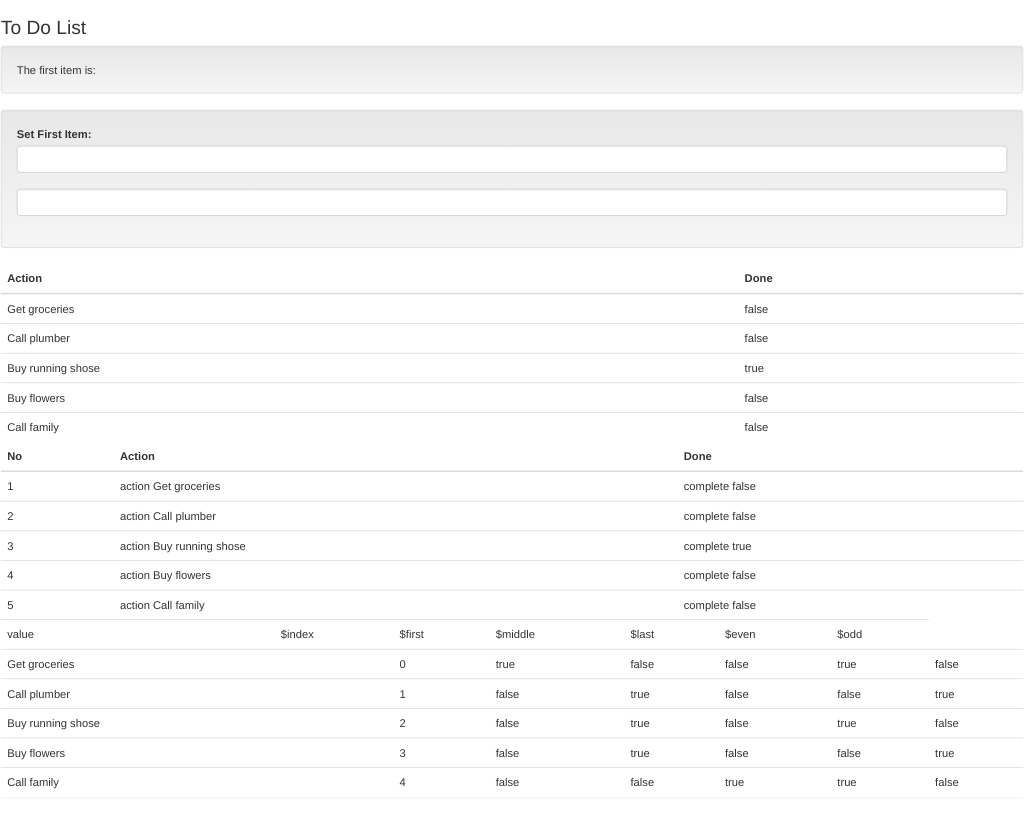
Repository: chisun-joung/workplace
Page: angularJS/WebContent/Chap10_Binding/P277_ngModel.html
An editor plug-in stored every save of this project. The page is shown before and after the next save, followed by the edit.
The browser window is 1280 px wide. The pictures show the whole page, at 80% of full size.
Some web libraries are served in a nearby version.

Above is the page before, as saved 2016-11-28 08:16:23.

### angularJS/WebContent/Chap10_Binding/P277_ngModel.html
<!DOCTYPE html>
<html ng-app="exampleApp">
<head>
	<title>TODO</title>
	<link href="bootstrap.css" rel="stylesheet" />
	<link href="bootstrap-theme.css" rel="stylesheet" />
	<style>
		.odd { background-color: lightcoral; }
		.even { background-color: lavenderblush; }
	</style>
	<script src="https://ajax.googleapis.com/ajax/libs/angularjs/1.2.9/angular.js"></script>
	<script type="text/javascript">
		angular.module('exampleApp',[])
		.controller('defaultCtrl', ['$scope',function($scope){
			$scope.todos = [
				{action:'Get groceries', complete:false},
				{action:'Call plumber', complete:false},
				{action:'Buy running shose', complete:true},
				{action:'Buy flowers', complete:false},
				{action:'Call family', complete:false}
			]
		}]);
	</script>
</head>
<body>
	<div id="todoPanel" class="panel" ng-controller="defaultCtrl">
		<h3 class="panel-header">To Do List</h3>

		<div class="well">
			<div>The first item is: </div>
		</div>

		<div class="form-group well">
			<label for="firstItem">Set First Item: </label>
			<!-- ng-model은 form 요소에서 구현 할 수 있다. 자신이 속한 콘트롤러에 묵시적으로 지정한 이름의 변수를 선언하고 값은 사용자가 입력한 값을 변수의 값으로 할당한다.
			또한 양방향 바인딩도 지원한다.  -->
			<input name="firstItem" class="form-control" ng-model="name"><br>
			<input name="firstItem" class="form-control" ng-model="name"><br>
			<div>{{name}}</div>
		</div>

		<table class="table">
			<thead>
				<tr>
					<th>Action</th>
					<th>Done</th>
				</tr>
			</thead>
			<tbody>
				<tr ng-repeat="item in todos">
					<td>{{item.action}}</td>
					<td>{{item.complete}}</td>
				</tr>

			</tbody>
		</table>

		<table class="table">
			<thead>
				<tr>
					<th>No</th>
					<th>Action</th>
					<th>Done</th>
				</tr>
			</thead>
			<tbody>
				<tr ng-repeat="item in todos">
					<td>{{$index + 1}}</td>
					<td ng-repeat="(key,value) in item">{{key}}  {{value}}</td>
				</tr>

			</tbody>
		</table>

		<table class="table tabel-striped">
				<tr>
					<td>value</td>
					<td>$index</td>
					<td>$first</td>
					<td>$middle</td>
					<td>$last</td>
					<td>$even</td>
					<td>$odd</td>
				</tr>

				<tr ng-repeat="item in todos">
					<td>{{item.action}}<td>
					<td>{{$index}}</td>
					<td>{{$first}}</td>
					<td>{{$middle}}</td>
					<td>{{$last}}</td>
					<td>{{$even}}</td>
					<td>{{$odd}}</td>
				</tr>


		</table>
	</div>
</body>
</html>

Loaded but not shown: angularJS/WebContent/Chap10_Binding/bootstrap.css (library); angularJS/WebContent/Chap10_Binding/bootstrap-theme.css (library)

After the next save:
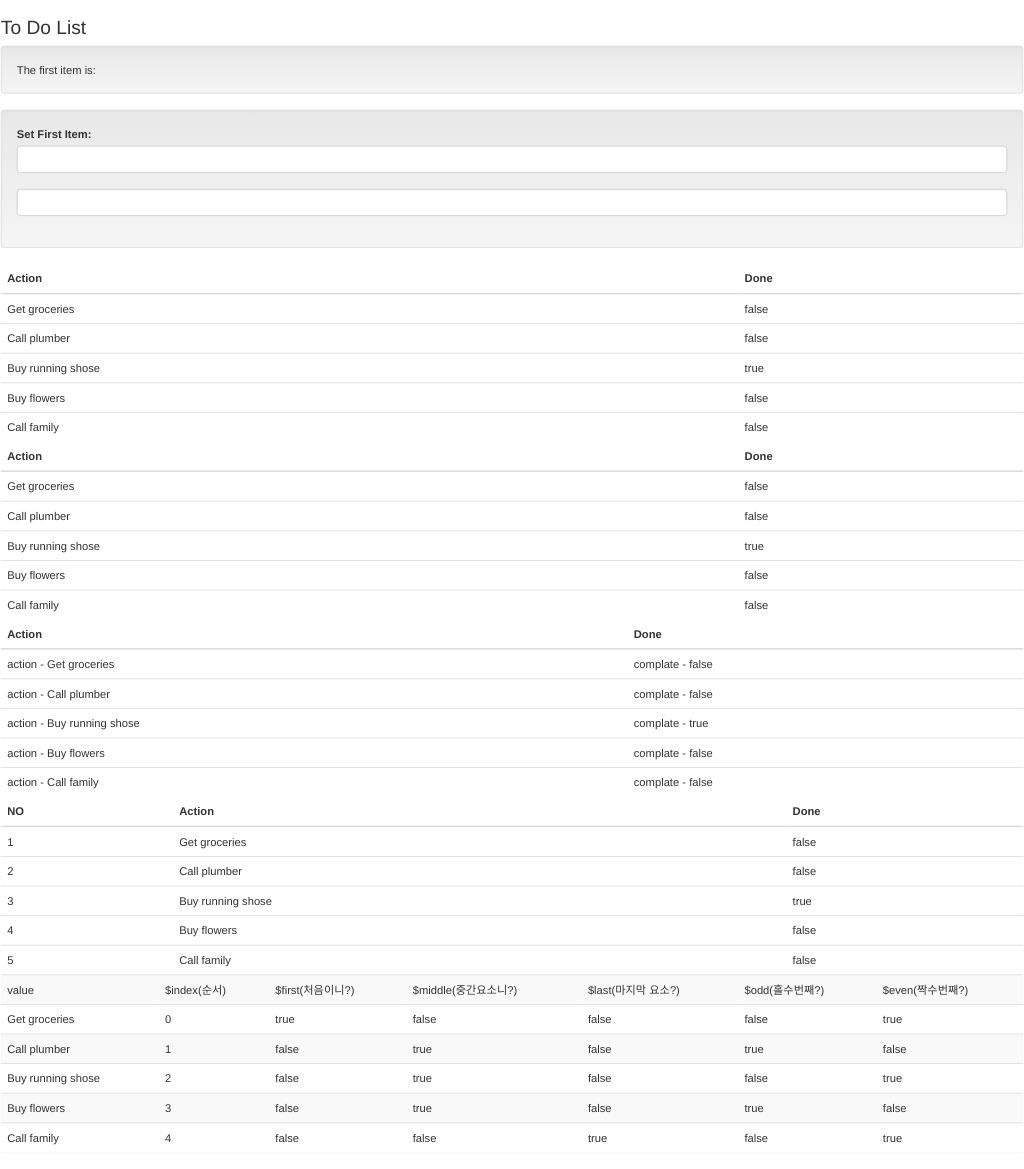
Saved 29 s later.
--- a/angularJS/WebContent/Chap10_Binding/P277_ngModel.html
+++ b/angularJS/WebContent/Chap10_Binding/P277_ngModel.html
@@ -13,11 +13,11 @@
 		angular.module('exampleApp',[])
 		.controller('defaultCtrl', ['$scope',function($scope){
 			$scope.todos = [
-				{action:'Get groceries', complete:false},
-				{action:'Call plumber', complete:false},
-				{action:'Buy running shose', complete:true},
-				{action:'Buy flowers', complete:false},
-				{action:'Call family', complete:false}
+				{action:'Get groceries', complate:false},
+				{action:'Call plumber', complate:false},
+				{action:'Buy running shose', complate:true},
+				{action:'Buy flowers', complate:false},
+				{action:'Call family', complate:false}
 			]
 		}]);
 	</script>
@@ -32,8 +32,11 @@
 
 		<div class="form-group well">
 			<label for="firstItem">Set First Item: </label>
-			<!-- ng-model은 form 요소에서 구현 할 수 있다. 자신이 속한 콘트롤러에 묵시적으로 지정한 이름의 변수를 선언하고 값은 사용자가 입력한 값을 변수의 값으로 할당한다.
-			또한 양방향 바인딩도 지원한다.  -->
+			<!-- ng-model은 form 요소에서 구현할 수 있다.
+				ng-model은 자신이 속한 controller에 묵시적으로 지정한 이름의
+				변수를 선언하고 값은 사용자가 입력한 값을 변수의 값으로 할당한다.
+				또한 양 방향 바인딩도 지원한다.
+			 -->
 			<input name="firstItem" class="form-control" ng-model="name"><br>
 			<input name="firstItem" class="form-control" ng-model="name"><br>
 			<div>{{name}}</div>
@@ -49,16 +52,48 @@
 			<tbody>
 				<tr ng-repeat="item in todos">
 					<td>{{item.action}}</td>
-					<td>{{item.complete}}</td>
+					<td>{{item.complate}}</td>
 				</tr>
-
 			</tbody>
 		</table>
+
 
 		<table class="table">
 			<thead>
 				<tr>
-					<th>No</th>
+					<th>Action</th>
+					<th>Done</th>
+				</tr>
+			</thead>
+			<tbody>
+				<tr ng-repeat="item in todos">
+					<!-- item => {action:'Get groceries', complate:false} -->
+					<td ng-repeat="value in item">{{value}}</td>
+				</tr>
+			</tbody>
+		</table>
+
+
+		<table class="table">
+			<thead>
+				<tr>
+					<th>Action</th>
+					<th>Done</th>
+				</tr>
+			</thead>
+			<tbody>
+				<tr ng-repeat="item in todos">
+					<!-- item => {action:'Get groceries', complate:false} -->
+					<td ng-repeat="(key, value) in item">{{key}} - {{value}}</td>
+				</tr>
+			</tbody>
+		</table>
+
+		<!-- ng-repeat의 내부 변수. 이름이 다 정해져 있음 -->
+		<table class="table">
+			<thead>
+				<tr>
+					<th>NO</th>
 					<th>Action</th>
 					<th>Done</th>
 				</tr>
@@ -66,34 +101,32 @@
 			<tbody>
 				<tr ng-repeat="item in todos">
 					<td>{{$index + 1}}</td>
-					<td ng-repeat="(key,value) in item">{{key}}  {{value}}</td>
+					<!-- item => {action:'Get groceries', complate:false} -->
+					<td ng-repeat="value in item">{{value}}</td>
 				</tr>
-
 			</tbody>
 		</table>
 
-		<table class="table tabel-striped">
-				<tr>
-					<td>value</td>
-					<td>$index</td>
-					<td>$first</td>
-					<td>$middle</td>
-					<td>$last</td>
-					<td>$even</td>
-					<td>$odd</td>
-				</tr>
-
-				<tr ng-repeat="item in todos">
-					<td>{{item.action}}<td>
-					<td>{{$index}}</td>
-					<td>{{$first}}</td>
-					<td>{{$middle}}</td>
-					<td>{{$last}}</td>
-					<td>{{$even}}</td>
-					<td>{{$odd}}</td>
-				</tr>
-
-
+		<!-- 285 page. ng-repeat의 내부 변수 -->
+		<table class="table table-striped">
+			<tr>
+				<td>value</td>
+				<td>$index(순서)</td>
+				<td>$first(처음이니?)</td>
+				<td>$middle(중간요소니?)</td>
+				<td>$last(마지막 요소?)</td>
+				<td>$odd(홀수번째?)</td>
+				<td>$even(짝수번째?)</td>
+			</tr>
+			<tr ng-repeat="item in todos">
+				<td>{{item.action}}</td>
+				<td>{{$index}}</td>
+				<td>{{$first}}</td>
+				<td>{{$middle}}</td>
+				<td>{{$last}}</td>
+				<td>{{$odd}}</td>
+				<td>{{$even}}</td>
+			</tr>
 		</table>
 	</div>
 </body>
